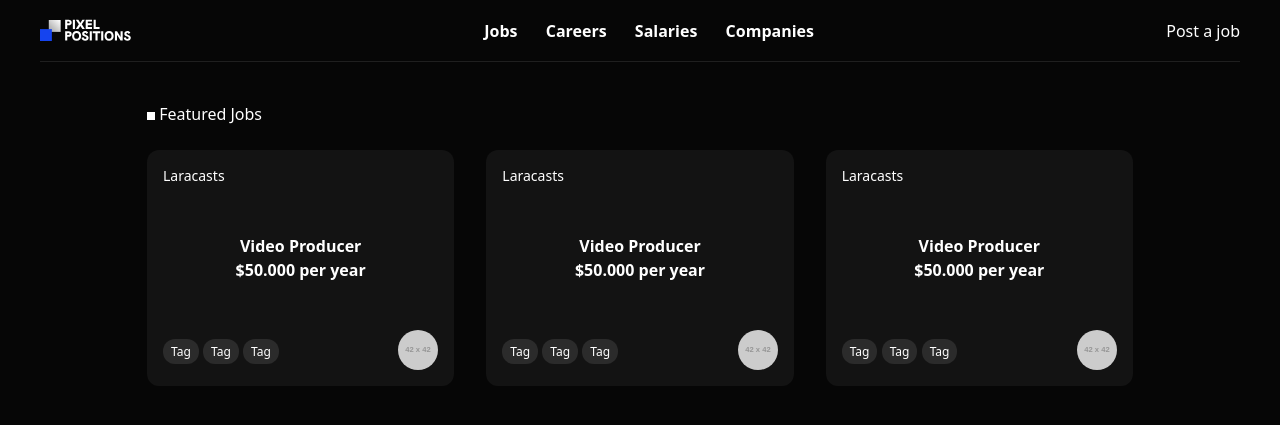
Repository: aggepap/pixel-positions-laravel
Page: http://localhost/
These files come from the project's save history. The page is drawn as it stood at one moment and after the next save; the edit follows.
The browser window is 1280 px wide. The pictures show the whole page.
The page is served by the project's Laravel application, run on PHP 8.4 with Laravel 12. Style sheets and scripts are compiled from the project's sources, by tool versions that may differ from the author's.

Above is the page before, as saved 2025-02-21 20:44:52.

After the next save:
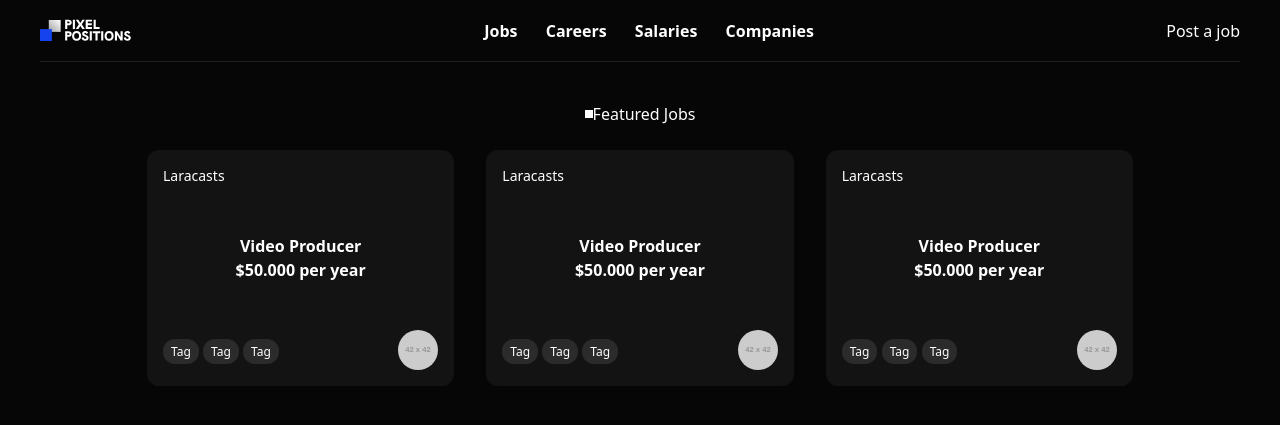
Saved 32 s later.
--- a/resources/views/components/section-heading.blade.php
+++ b/resources/views/components/section-heading.blade.php
@@ -1,3 +1,5 @@
+<div class="flex items-center justify-center">
+  <span class="w-2 h-2 bg-white inline-block"  ></span>
 <h3>
-  <span class="w-2 h-2 bg-white inline-block"  ></span>
-  {{$slot}}</h3>
+
+  {{$slot}}</h3></div>
